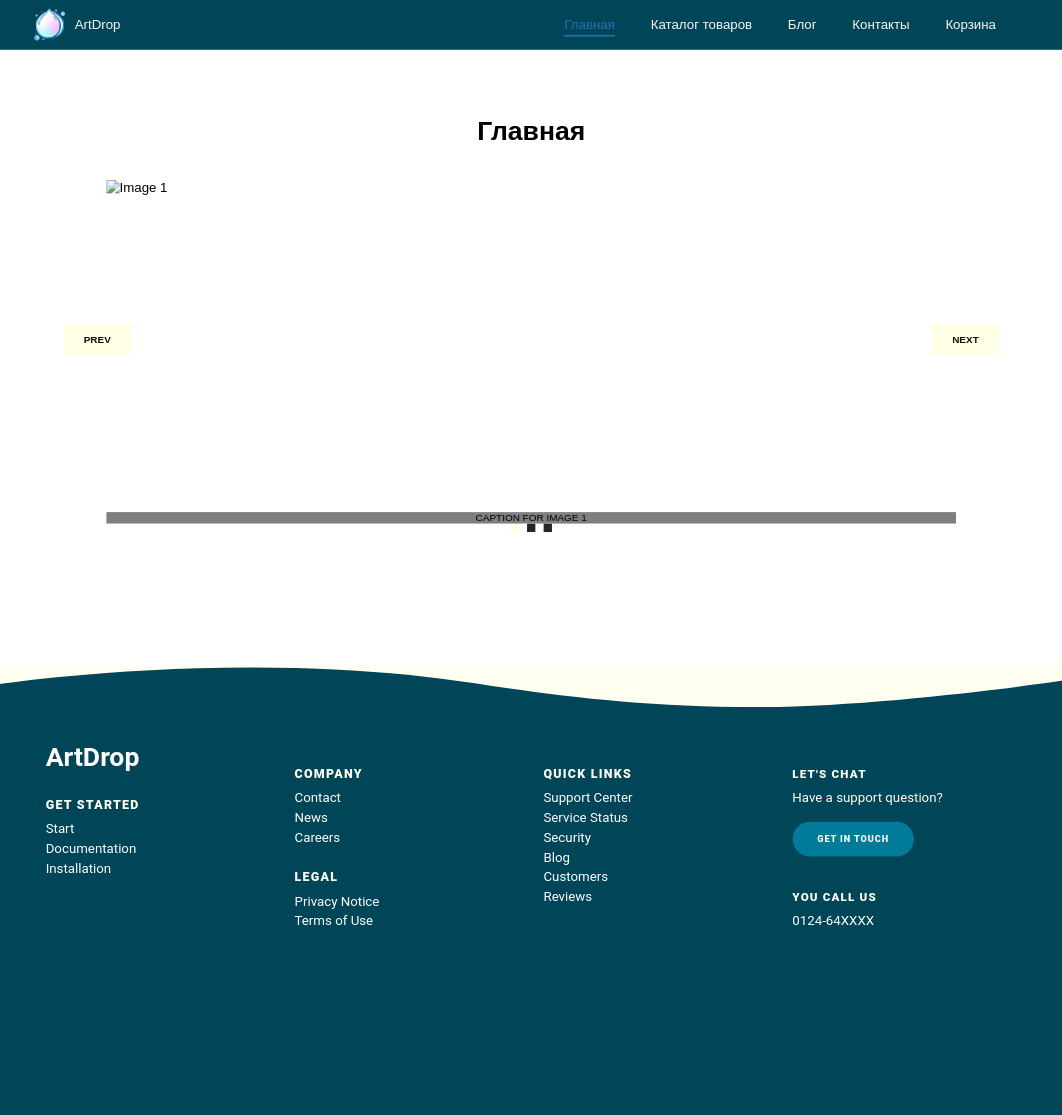
Repository: mnats725/art-drop
Page: index.html
The author's editor kept a copy of each file at every save. The page is drawn from the files as they stood at one save, then again after a run of saves.
The browser window is 1280 px wide. The pictures show the whole page, at 83% of full size.

Above is the page before, as saved 2024-05-20 20:58:05.

After the next 3 saves:
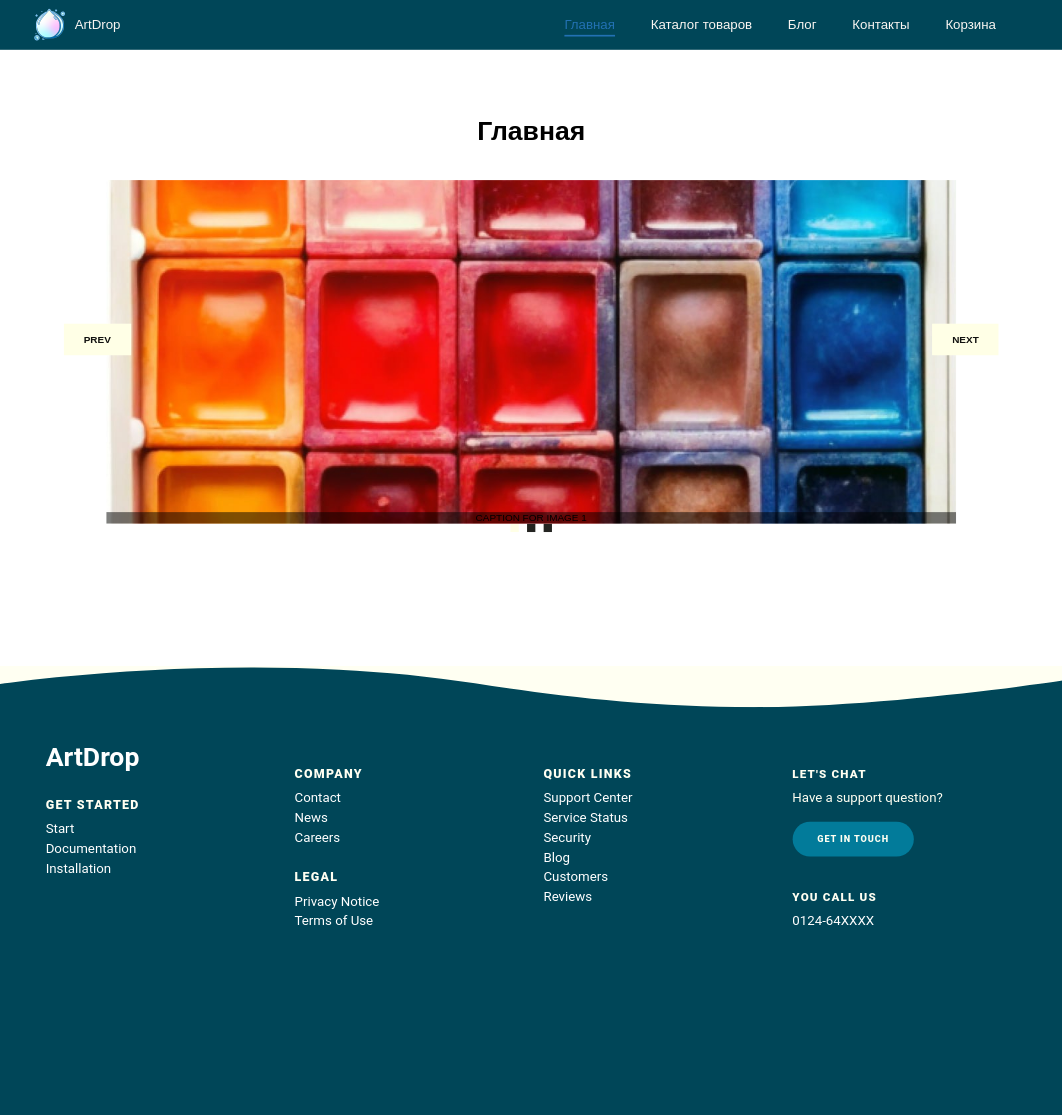
The 3 saves are shown as one change because they came seconds apart.
The last was saved 8 s later.
--- a/index.html
+++ b/index.html
@@ -41,7 +41,7 @@
         <main class="carousel-container">
             <div class="carousel">
               <div class="item active">
-                <img src="" alt="Image 1" />
+                <img src="./assets/img/colores/photo_1_2024-05-20_20-57-42.jpg" alt="Image 1" />
                 <p class="caption">Caption for Image 1</p>
               </div>
               <div class="item">
